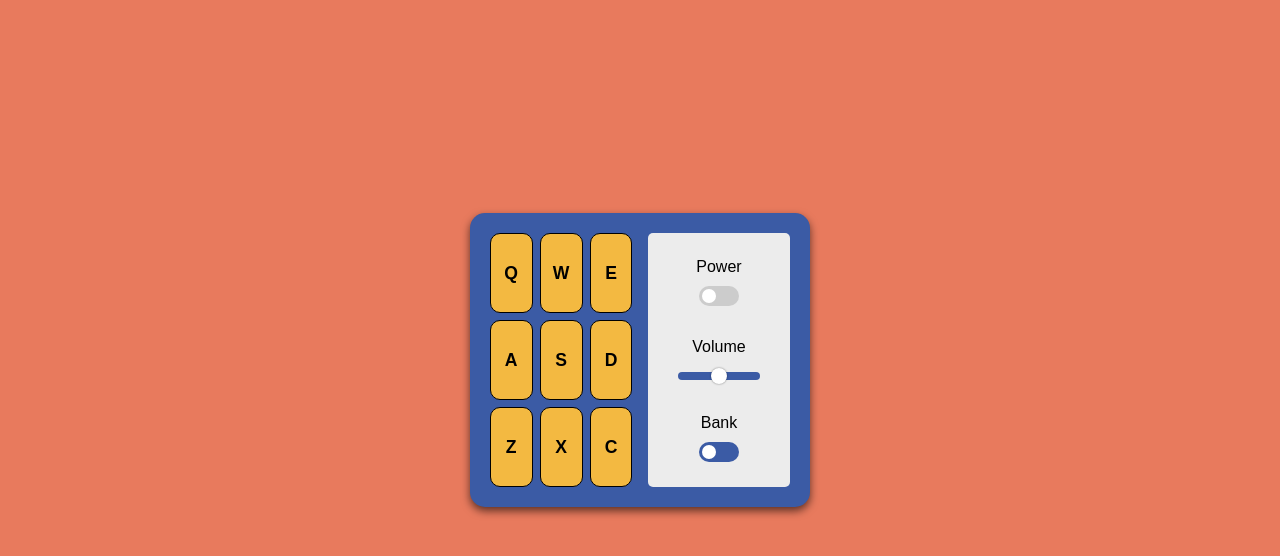
Repository: alfredoleano/drum-machine
Page: /
These files come from the project's save history. The page is drawn as it stood at one moment and after the next save; the edit follows.
The browser window is 1280 px wide. The pictures show the whole page.
The project was rebuilt for these pictures with package versions that can differ from the ones it lists, and the page was loaded fresh each time.

Above is the page before, as saved 2024-06-11 20:11:55.

### src/App.js
import { useEffect, useState } from 'react';
import './App.css';
import './styles.scss';

function App() {
  const bank1 = {
    Q: 'sounds/Heater-1.mp3',
    W: 'sounds/Heater-2.mp3',
    E: 'sounds/Heater-3.mp3',
    A: 'sounds/Heater-4_1.mp3',
    S: 'sounds/Heater-6.mp3',
    D: 'sounds/Dsc_Oh.mp3',
    Z: 'sounds/Kick_n_Hat.mp3',
    X: 'sounds/RP4_KICK_1.mp3',
    C: 'sounds/Cev_H2.mp3'
  };

  const bank2 = {
    Q: 'sounds/piano.mp3',
    W: 'sounds/jazz.wav',
    E: 'sounds/bangu.wav',
    A: 'sounds/num.wav',
    S: 'sounds/stroke.wav',
    D: 'sounds/cymbals.wav',
    Z: 'sounds/tom.wav',
    X: 'sounds/kick.wav',
    C: 'sounds/snare.wav'
  };

  const [volume, setVolume] = useState(50); // initial sound value
  const [power, setPower] = useState(false); //initial power volume
  const [bank, setBank] = useState(bank1); // initial bank value
  const [isBank1, setIsBank1] = useState(true); // initial bank toggle state

  // Function to change volume
  const changeVolume = (event) => {
    setVolume(event.target.value); // Update the state with current value of the volume slider
  };

  // Function to toggle power
  const togglePower = () => {
    setPower(!power);
  };

  // Function to switch Banks
  const toggleBank = () => {
    setBank(isBank1 ? bank2 : bank1);
    setIsBank1(!isBank1);
  }

  // Function to play sound
  const playSound = (id) => {
    if(!power) return; // Check if the power is on
    const audio = new Audio(bank[id]);
    audio.volume = volume / 100; // initial sound volume
    audio.currentTime = 0; // Set audio to beginning
    audio.play();
  };

  // Use useEffect to add event listener for keydown events
  useEffect(() => {
    // Make the approptiate key play the approptiate sound
    const handleKeydown = (event) => {
      const key = event.key.toUpperCase();
      if(['Q', 'W', 'E', 'A', 'S', 'D', 'Z', 'X', 'C'].includes(key)) {
        playSound(key);

        // Add active class to the button
        const button = document.getElementById(`button-${key}`);
        if(button) {
          button.classList.add('active');
        }
      }
    };

    const handleKeyup = (event) => {
      const key = event.key.toUpperCase();
      if (['Q', 'W', 'E', 'A', 'S', 'D', 'Z', 'X', 'C'].includes(key)) {
        // Remove active class from the button
        const button = document.getElementById(`button-${key}`);
        if (button) {
          button.classList.remove('active');
        }
      }
    };

    // Add keydown event listener
    window.addEventListener('keydown', handleKeydown);
    window.addEventListener('keyup', handleKeyup);

    // Cleanup event listener on component unmount
    return () => {
      window.removeEventListener('keydown', handleKeydown);
      window.removeEventListener('keyup', handleKeyup);
    };
  }, [volume, power, bank]);

  return (
    <div className="App">
      <div id='drum-machine'>
        <div class="display-wrapper">
          <div id='display'>
            <div className='buttons-grid'>
              <button id="button-Q" onClick={() => playSound('Q')}>Q</button>
              <button id="button-W" onClick={() => playSound('W')}>W</button>
              <button id="button-E" onClick={() => playSound('E')}>E</button>
              <button id="button-A" onClick={() => playSound('A')}>A</button>
              <button id="button-S" onClick={() => playSound('S')}>S</button>
              <button id="button-D" onClick={() => playSound('D')}>D</button>
              <button id="button-Z" onClick={() => playSound('Z')}>Z</button>
              <button id="button-X" onClick={() => playSound('X')}>X</button>
              <button id="button-C" onClick={() => playSound('C')}>C</button>
            </div>

            <div className='controls'>
              <div className='settings'>
                <label>Power</label>
                {/* Rounded switch */}
                <label className="switch">
                  <input type="checkbox" checked={power} onChange={togglePower}/>
                  <span className="slider round"></span>
                </label>
              </div>

              <div className='settings'>
                <label>Volume</label>
                <input
                  type='range'
                  min={0}
                  max={100}
                  value={volume}
                  onChange={changeVolume}
                  className='blue'
                />
              </div>

              <div className='settings'>
                <label>Bank</label>
                <label className="switch">
                  <input type="checkbox" checked={!isBank1} onChange={toggleBank}/>
                  <span className="slider bank"></span>
                </label>
              </div>
            </div>

          </div>
        </div>

      </div>
    </div>
  );
}

export default App;

### src/styles.scss
$primary-color: #E87A5D;
$secondary-color: #F3B941;
$tertiary-color: #3B5BA5;

/* Apply box-sizing: border-box globally */
*,
*::before,
*::after {
  box-sizing: border-box;
}

body {
  box-sizing: border-box;
  font-family: Arial, sans-serif;
  background-color: $primary-color;
  margin: 0;
  padding: 0;
  height: 100vh;
  // display: flex;
  // align-items: center;
  // justify-content: center;
}

#drum-machine {
  width: 100vw;
  height: 100vh;
  display: flex;
  align-items: center;
  justify-content: center;
  // background-color: greenyellow;
}

#display {
  background-color: $tertiary-color;
  width: 85%;
  max-width: 590px;
  margin: 30px auto;
  padding: 20px;
  border-radius: 15px;
  box-shadow: 0 4px 8px rgba(0, 0, 0, 0.6); /* Subtle shadow */
  display: grid;
  grid-template-columns: 1fr 1fr;
  grid-auto-columns: min-content;
  gap: 15px;
}

.buttons-grid {
  display: grid;
  grid-template-columns: repeat(3, 1fr);
  grid-template-rows: repeat(3, 1fr);
  gap: 7px;
  width: 100%;
}

.buttons-grid button {
  width: 100%px;
  height: 80px;
  // width: 100%;
  // height: 100%;
  border-radius: 10px;
  border: 1px solid #000;
  // border: none;
  font-weight: 800;
  font-size: 1.1rem;
  cursor: pointer;
  outline: none;
  background-color: #F3B941;
}

.buttons-grid button:active {
  background-color: #f1c979;
}

// For keydown event
.buttons-grid button.active {
  background-color: #f1c979;
}

.controls {
  padding: 10px;
  width: 100%;
  display: flex;
  align-items: center;
  justify-content: center;
  flex-direction: column;
  border-radius: 5px;
  background-color: #ececec;
}

.settings {
  display: flex;
  flex-direction: column;
  justify-content: space-around;
  align-items: center;
  padding: 10px;
  height: 35%;
  width: 100%;
  // background-color: #E87A5D;
}


/********************* Rounded switch styling ***********************/

/* The switch - the box around the slider */
.switch {
  position: relative;
  display: inline-block;
  width: 40px;
  height: 20px;
  // margin-top: 5px;
}

/* Hide default HTML checkbox */
.switch input {
  opacity: 0;
  width: 0;
  height: 0;
}

/* The slider */
.slider {
  position: absolute;
  cursor: pointer;
  top: 0;
  left: 0;
  right: 0;
  bottom: 0;
  background-color: #ccc;
  -webkit-transition: .4s;
  transition: .4s;
  border-radius: 25px;
}

.slider.bank {
  background: $tertiary-color;
}

.slider:before {
  position: absolute;
  content: "";
  height: 14px;
  width: 14px;
  left: 3px;
  bottom: 3px;
  background-color: white;
  -webkit-transition: .4s;
  transition: .4s;
  border-radius: 50%;
}

input:checked + .slider {
  background-color: $tertiary-color;
}

input:focus + .slider {
  box-shadow: 0 0 1px $tertiary-color;
}

input:checked + .slider:before {
  -webkit-transform: translateX(20px);
  -ms-transform: translateX(20px);
  transform: translateX(20px);
}

/* Rounded sliders */
.slider.round {
  border-radius: 34px;
}

.slider.round:before {
  border-radius: 50%;
}


/********************* Volume slider styling ***********************/
/* Style the range input */
input[type="range"] {
  appearance: none; /* Standard property */
  -webkit-appearance: none; /* WebKit browsers (Chrome, Safari, iOS) */
  -moz-appearance: none; /* Firefox */
  -ms-appearance: none; /* Internet Explorer and Edge */
  width: 80%;
  height: 8px; /* Adjust height as needed */
  background: $tertiary-color; /* Track color */
  border-radius: 5px;
  outline: none;
  opacity: 1;
  transition: opacity .2s;
}

/* Style the thumb for WebKit browsers (e.g., Chrome, Safari) */
input[type="range"]::-webkit-slider-thumb {
  -webkit-appearance: none; /* Remove default styling */
  appearance: none;
  width: 16px; /* Adjust thumb width as needed */
  height: 16px; /* Adjust thumb height as needed */
  background: #ffffff; /* Thumb color */
  border-radius: 50%; /* Make thumb round */
  cursor: pointer;
  box-shadow: 0 0 2px rgba(0, 0, 0, 0.5);
}


/* Style the thumb for Firefox */
input[type="range"]::-moz-range-thumb {
  -moz-appearance: none; /* Remove default styling */
  appearance: none; /* Standard property */
  width: 16px; /* Adjust thumb width as needed */
  height: 16px; /* Adjust thumb height as needed */
  background: #ffffff; /* Thumb color */
  border-radius: 50%; /* Make thumb round */
  cursor: pointer;
  box-shadow: 0 0 2px rgba(0, 0, 0, 0.5);
}

/* Style the thumb for Internet Explorer */
input[type="range"]::-ms-thumb {
  -ms-appearance: none; /* Remove default styling */
  appearance: none; /* Standard property */
  width: 16px; /* Adjust thumb width as needed */
  height: 16px; /* Adjust thumb height as needed */
  background: #ffffff; /* Thumb color */
  border-radius: 50%; /* Make thumb round */
  cursor: pointer;
  box-shadow: 0 0 2px rgba(0, 0, 0, 0.5);
}

/* Style the track for Internet Explorer */
input[type="range"]::-ms-track {
  width: 75%;
  height: 8px; /* Adjust height as needed */
  background: $tertiary-color; /* Track color */
  border-color: transparent;
  color: transparent;
  border-radius: 5px;
}

/******************** Mobile Design **********************/
@media screen and (max-width: 490px) {
  body {
    display: flex;
    justify-content: center;
    align-items: center;
  }

  #display {
    transform: rotate(90deg);
    // max-width: 100vh;
    width: 100%;
    height: 100%;
  }

  .App {
    display: flex;
    justify-content: center;
    align-items: center;
    height: 100vh;
  }
}

Loaded but not shown: public/index.html (common file); src/index.js (common file); src/index.css (common file); src/reportWebVitals.js (common file); src/App.css (common file)

After the next save:
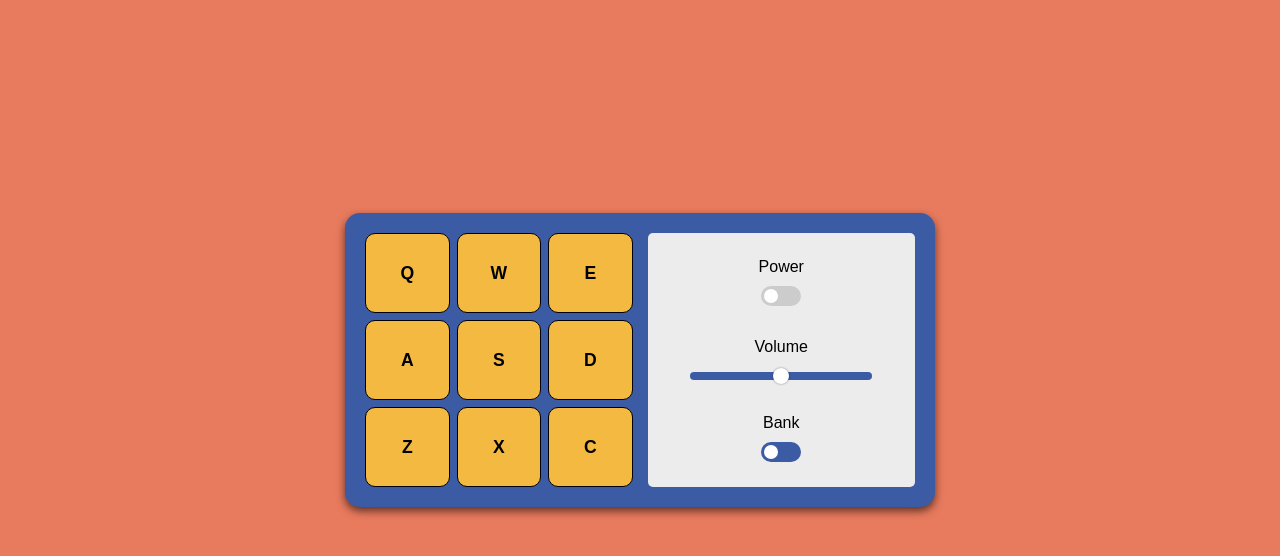
Saved 54 s later.
--- a/src/App.js
+++ b/src/App.js
@@ -98,54 +98,51 @@ function App() {
   return (
     <div className="App">
       <div id='drum-machine'>
-        <div class="display-wrapper">
-          <div id='display'>
-            <div className='buttons-grid'>
-              <button id="button-Q" onClick={() => playSound('Q')}>Q</button>
-              <button id="button-W" onClick={() => playSound('W')}>W</button>
-              <button id="button-E" onClick={() => playSound('E')}>E</button>
-              <button id="button-A" onClick={() => playSound('A')}>A</button>
-              <button id="button-S" onClick={() => playSound('S')}>S</button>
-              <button id="button-D" onClick={() => playSound('D')}>D</button>
-              <button id="button-Z" onClick={() => playSound('Z')}>Z</button>
-              <button id="button-X" onClick={() => playSound('X')}>X</button>
-              <button id="button-C" onClick={() => playSound('C')}>C</button>
+
+        <div id='display'>
+          <div className='buttons-grid'>
+            <button id="button-Q" onClick={() => playSound('Q')}>Q</button>
+            <button id="button-W" onClick={() => playSound('W')}>W</button>
+            <button id="button-E" onClick={() => playSound('E')}>E</button>
+            <button id="button-A" onClick={() => playSound('A')}>A</button>
+            <button id="button-S" onClick={() => playSound('S')}>S</button>
+            <button id="button-D" onClick={() => playSound('D')}>D</button>
+            <button id="button-Z" onClick={() => playSound('Z')}>Z</button>
+            <button id="button-X" onClick={() => playSound('X')}>X</button>
+            <button id="button-C" onClick={() => playSound('C')}>C</button>
+          </div>
+
+          <div className='controls'>
+            <div className='settings'>
+              <label>Power</label>
+              {/* Rounded switch */}
+              <label className="switch">
+                <input type="checkbox" checked={power} onChange={togglePower}/>
+                <span className="slider round"></span>
+              </label>
             </div>
 
-            <div className='controls'>
-              <div className='settings'>
-                <label>Power</label>
-                {/* Rounded switch */}
-                <label className="switch">
-                  <input type="checkbox" checked={power} onChange={togglePower}/>
-                  <span className="slider round"></span>
-                </label>
-              </div>
-
-              <div className='settings'>
-                <label>Volume</label>
-                <input
-                  type='range'
-                  min={0}
-                  max={100}
-                  value={volume}
-                  onChange={changeVolume}
-                  className='blue'
-                />
-              </div>
-
-              <div className='settings'>
-                <label>Bank</label>
-                <label className="switch">
-                  <input type="checkbox" checked={!isBank1} onChange={toggleBank}/>
-                  <span className="slider bank"></span>
-                </label>
-              </div>
+            <div className='settings'>
+              <label>Volume</label>
+              <input
+                type='range'
+                min={0}
+                max={100}
+                value={volume}
+                onChange={changeVolume}
+                className='blue'
+              />
             </div>
 
+            <div className='settings'>
+              <label>Bank</label>
+              <label className="switch">
+                <input type="checkbox" checked={!isBank1} onChange={toggleBank}/>
+                <span className="slider bank"></span>
+              </label>
+            </div>
           </div>
         </div>
-
       </div>
     </div>
   );
